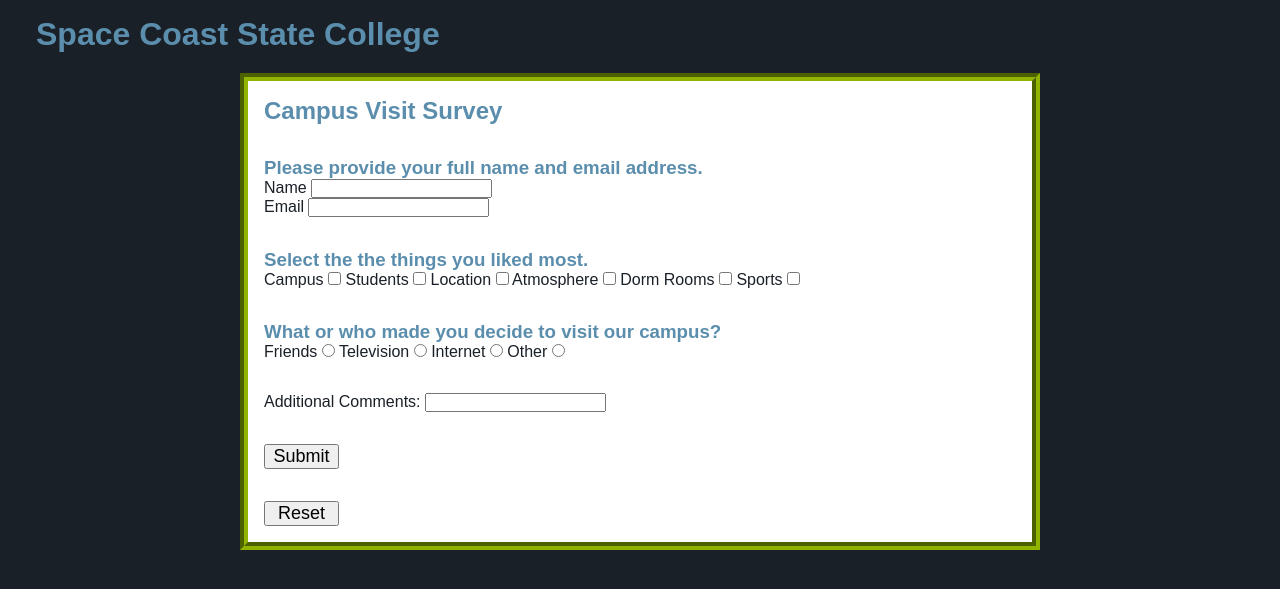
Repository: mlmEFSC21/P2-University-Form
Page: index.html
These files come from the project's save history. The page is drawn as it stood at one moment and after the next save; the edit follows.
The browser window is 1280 px wide. The pictures show the whole page.
Some web fonts or font styles are not loaded; a fallback is used.

Above is the page before, as saved 2022-01-29 19:18:39.

### index.html
<!DOCTYPE html>
<html lang="en">
    <head>
        <meta charset="UTF-8" />
        <meta http-equiv="X-UA-Compatible" content="IE=edge" />
        <meta name="viewport" content="width=device-width, initial-scale=1.0" />
        <title>University Form</title>
        <link rel="stylesheet" href="uniFormStyles.css" />
    </head>
    <body>
        <header>
            <h1>Space Coast State College</h1>
        </header>
        <main>
          <section class="flex">
            <h2>Campus Visit Survey</h2>
            <article class="info">
              <h3>Please provide your full name and email address.</h3>
            <!-- REMEMBER TO CHANGE THIS TO A POST TO DEITEL!!!!!!!!!!-->
            <form action="results.html" method="GET">
                <div>
                    <label for="name">Name</label>
                    <input type="text" id="name" name="name" required />
                </div>
                <div>
                    <label for="email">Email</label>
                    <input type="email" id="email" name="email" required />
                </div>
                </article>
                <article class="favFeatures">
                    <h3>Select the the things you liked most.</h3>
                    <label for="campus">Campus</label>
                    <input type="checkbox" id="campus" name="campus" />
                    <label for="students">Students</label>
                    <input type="checkbox" id="students" name="students" />
                    <label for="location">Location</label>
                    <input type="checkbox" id="location" name="location" />
                    <label for="atmosphere">Atmosphere</label>
                    <input type="checkbox" id="atmosphere" name="atmosphere" />
                    <label for="dorms">Dorm Rooms</label>
                    <input type="checkbox" id="dorms" name="dorms" />
                    <label for="sports">Sports</label>
                    <input type="checkbox" id="sports" name="sports" />
                </article>
                <article class="">
                    <h3>What or who made you decide to visit our campus?</h3>
                    <label for="friends">Friends</label>
                    <input type="radio" id="friends" name="referred" required />
                    <label for="television">Television</label>
                    <input type="radio" id="television" name="referred" />
                    <label for="internet">Internet</label>
                    <input type="radio" id="internet" name="referred" />
                    <label for="other">Other</label>
                    <input type="radio" id="other" name="referred" />
                </article>
                <div>
                    <label for="comments">Additional Comments:</label>
                    <input type="textarea" id="comments" name="comments" />
                </div>
                <button type="submit" class="submit">Submit</button>
                <button type="reset" class="reset">Reset</button>
            </form>
            </section>
        </main>
    </body>
</html>

### uniFormStyles.css
@import url("https://fonts.googleapis.com/css2?family=Spectral:wght@300&display=swap");

:root {
    --clr-prime: #003c5e;
    --clr-second: #1a2028;
    --clr-accent: #8fb500;
    --clr-font-prime: #5b8ead;
    --clr-font-second: black;
}

*,
*::before,
*::after {
    margin: 0;
    padding: 0;
    box-sizing: border-box;
}
body {
    margin: 0 1.25em;
    padding: 1em;
    background-color: var(--clr-second);
    font-family: "Spectral", sans-serif;
    color: var(--clr-font-prime);
}
header {
    color: var(--clr-font-prime);
    margin-bottom: 1.25em;
}
.flex {
    display: flex;
    flex-direction: column;
    max-width: 800px;
    border: 8px groove var(--clr-accent);
    background-color: white;
    gap: 2rem;
    margin: auto;
    padding: 1rem;
}
label {
    color: var(--clr-second);
}
button {
    width: 75px;
    font-size: large;
    cursor: pointer;
}

After the next save:
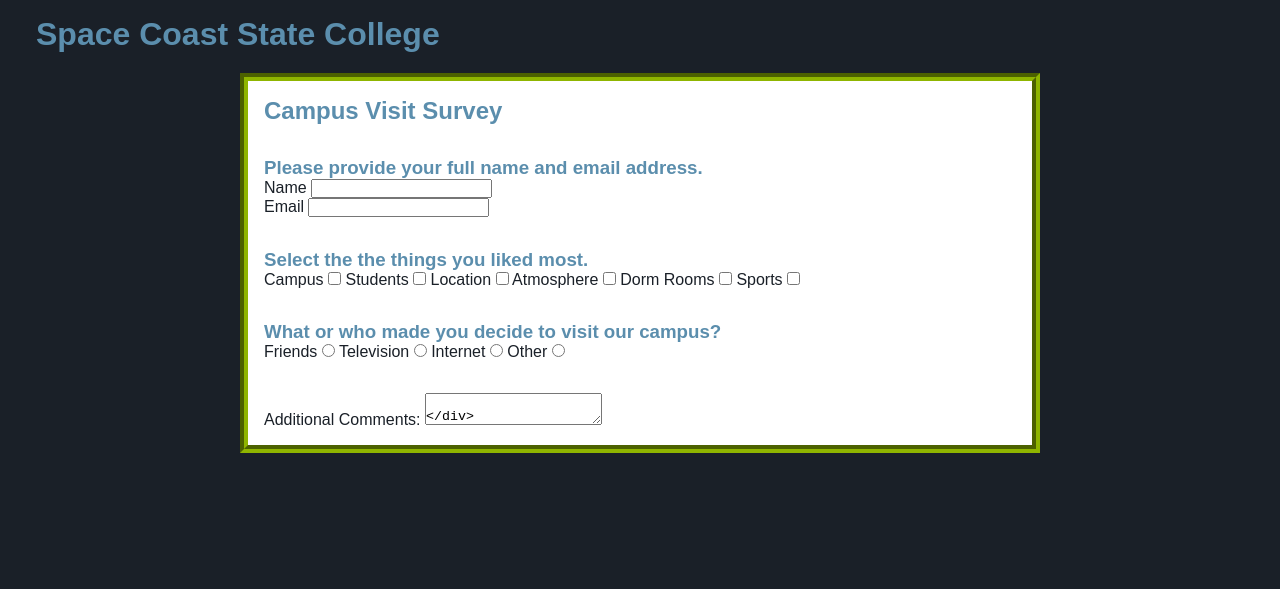
Saved 2 min 27 s later.
--- a/index.html
+++ b/index.html
@@ -55,7 +55,7 @@
                 </article>
                 <div>
                     <label for="comments">Additional Comments:</label>
-                    <input type="textarea" id="comments" name="comments" />
+                    <textarea id="comments" name="comments" />
                 </div>
                 <button type="submit" class="submit">Submit</button>
                 <button type="reset" class="reset">Reset</button>
